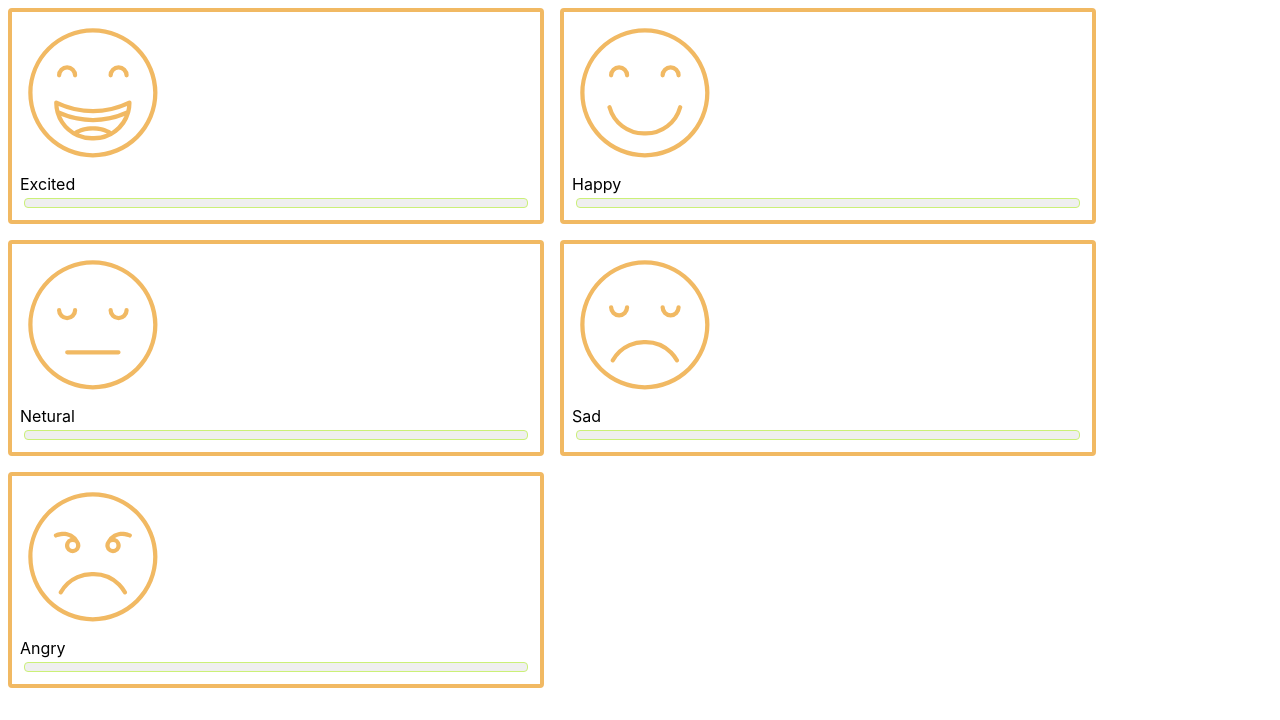
Repository: majakesin/moodify-app
Page: /
An editor plug-in stored every save of this project. The page is shown before and after the next save, followed by the edit.
The browser window is 1280 px wide. The pictures show the whole page.
The project was rebuilt for these pictures with package versions that can differ from the ones it lists, and the page was loaded fresh each time.

Above is the page before, as saved 2023-08-21 12:39:42.

After the next save:
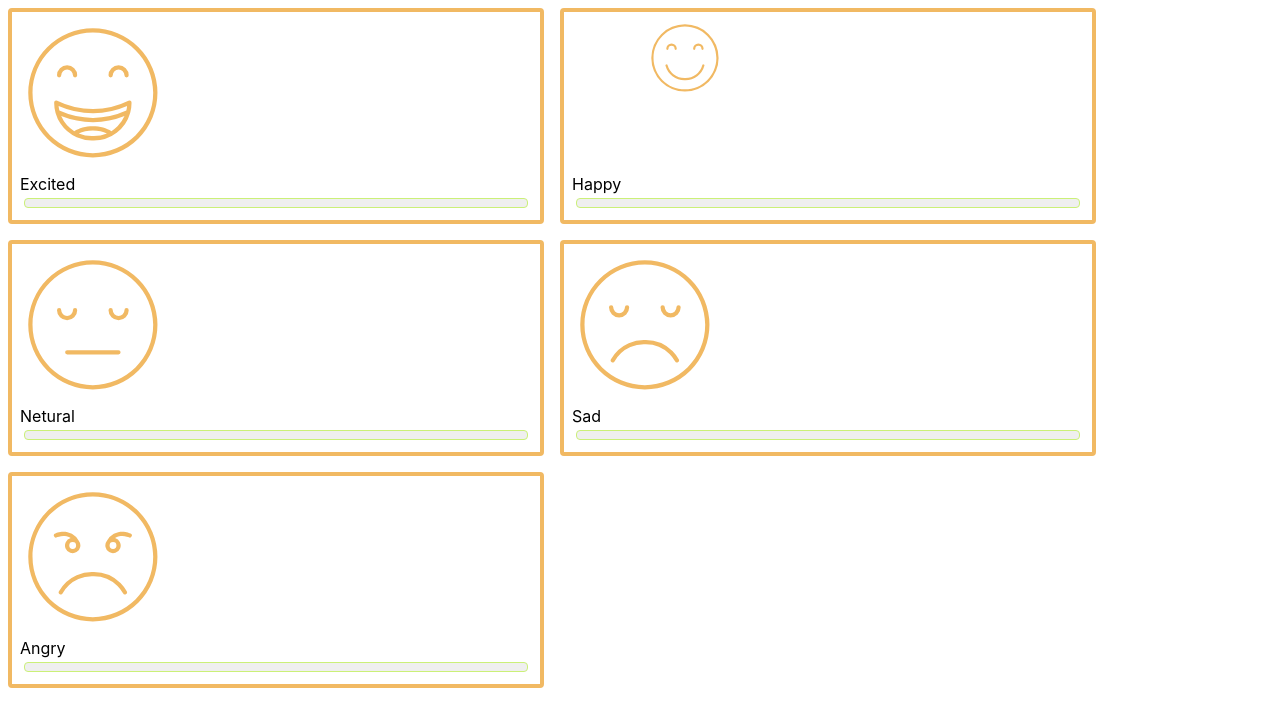
Saved 7 min 52 s later.
--- a/src/data/moods.js
+++ b/src/data/moods.js
@@ -12,10 +12,10 @@ export const moods = [
     },
     {
         type: 'Happy',
-        icon: <svg id="SvgjsSvg1102" width="288" xmlns="http://www.w3.org/2000/svg" version="1.1" xmlnsXlink="http://www.w3.org/1999/xlink" xmlnsSvgjs="http://svgjs.com/svgjs">
+        icon: <svg id="SvgjsSvg1102" xmlns="http://www.w3.org/2000/svg" version="1.1" xmlnsXlink="http://www.w3.org/1999/xlink" xmlnsSvgjs="http://svgjs.com/svgjs">
                 <defs id="SvgjsDefs1103"></defs>
                 <g id="SvgjsG1104">
-                    <svg xmlns="http://www.w3.org/2000/svg" data-name="Layer 1" viewBox="0 0 1012 1012" width="288" height="288">
+                    <svg xmlns="http://www.w3.org/2000/svg" data-name="Layer 1" viewBox="0 0 1012 1012" >
                         <path fill="currentcolor" d="M382.042,299.40674a7.496,7.496,0,0,0-9.21582,5.251A117.42927,117.42927,0,0,1,259.5,391h-7a117.41578,117.41578,0,0,1-113.32715-86.33447,7.49971,7.49971,0,1,0-14.46484,3.96875A132.417,132.417,0,0,0,252.5,406h7a132.58733,132.58733,0,0,0,127.793-97.37744A7.4999,7.4999,0,0,0,382.042,299.40674ZM416.51367,95.48682A227.00026,227.00026,0,0,0,95.48633,416.51318,227.00026,227.00026,0,0,0,416.51367,95.48682ZM256,468C139.10254,468,44,372.897,44,256S139.10254,44,256,44s212,95.103,212,212S372.89746,468,256,468ZM137.5,202a7.49974,7.49974,0,0,0,7.5-7.5,20.5,20.5,0,0,1,41,0,7.5,7.5,0,0,0,15,0,35.5,35.5,0,0,0-71,0A7.49974,7.49974,0,0,0,137.5,202Zm181,0a7.49974,7.49974,0,0,0,7.5-7.5,20.5,20.5,0,0,1,41,0,7.5,7.5,0,0,0,15,0,35.5,35.5,0,0,0-71,0A7.49974,7.49974,0,0,0,318.5,202Z" class="color2c2b2d svgShape"></path>
                     </svg>
                 </g>
